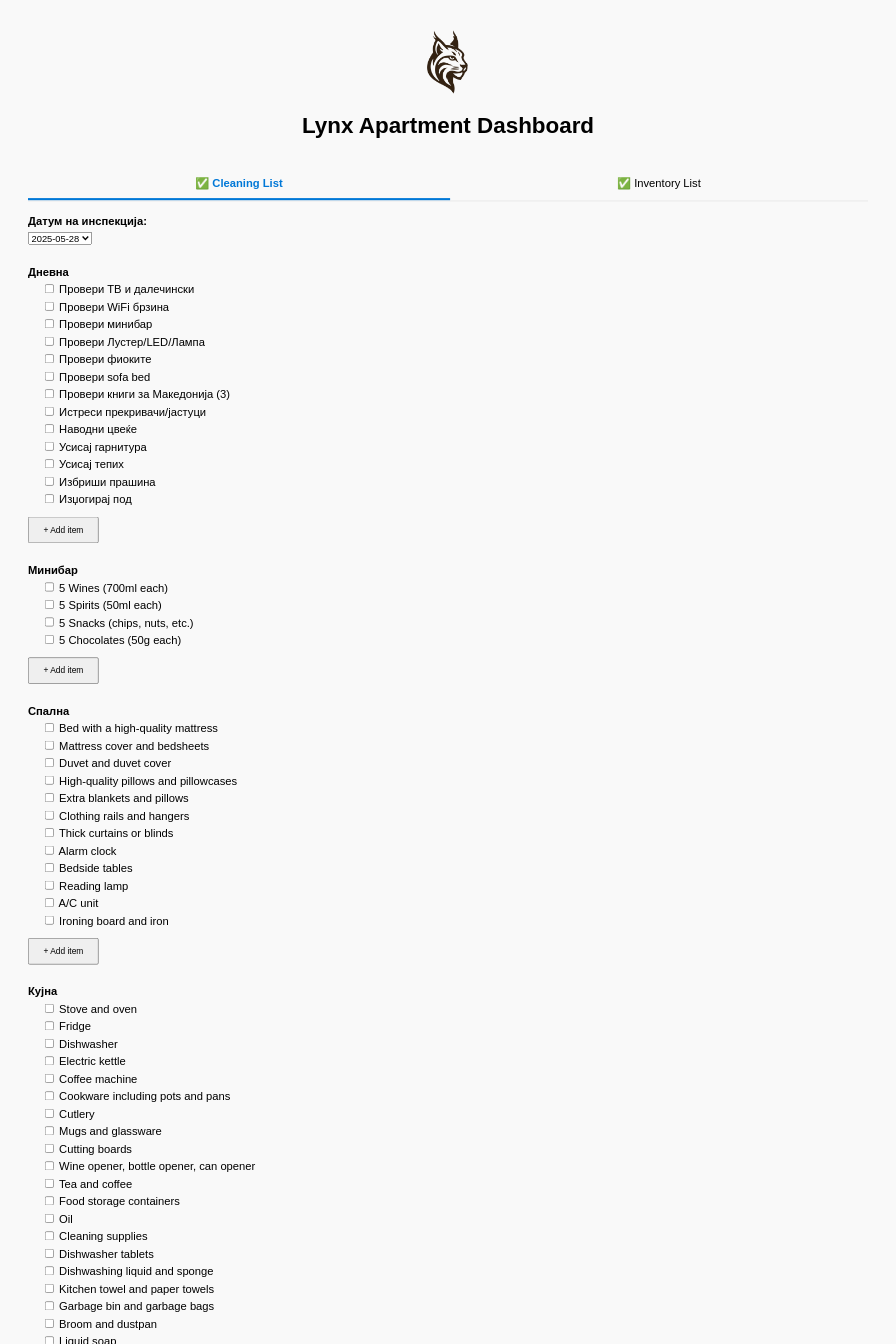
Repository: Z0ck0/Lynx-Apartment-Dashboard
Page: index.html
These files come from the project's save history. The page is drawn as it stood at one moment and after a run of saves; the edit follows.
The browser window is 1280 px wide. The pictures show the part of the page from y = 0 to 1920 px (the page is 3861 px tall before and 4287 px after), at 70% of full size.

Above is the page before, as saved 2025-05-29 10:20:14.

After the next 5 saves:
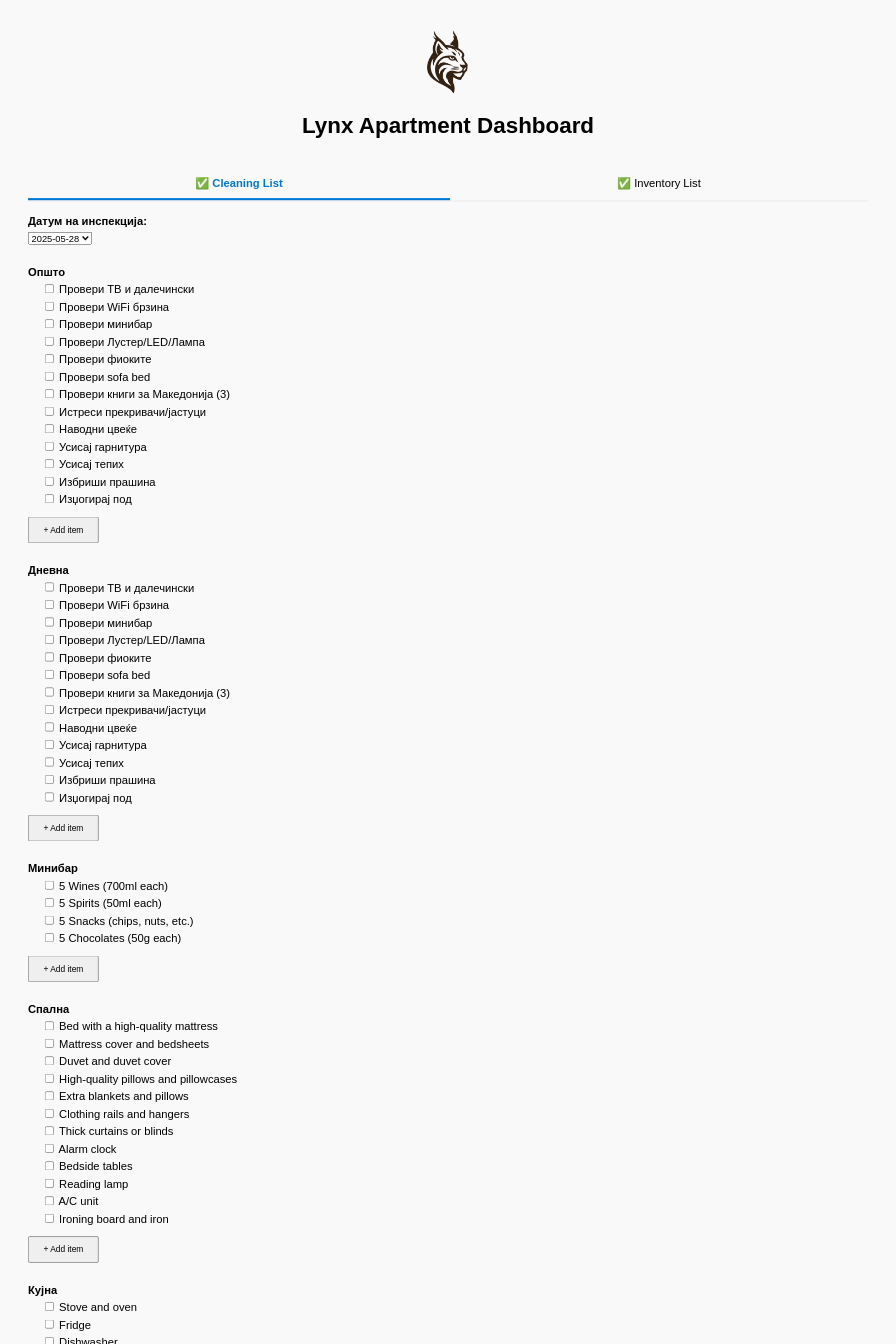
The 5 saves are shown as one change because they came seconds apart.
The last was saved 26 s later.
--- a/index.html
+++ b/index.html
@@ -189,7 +189,7 @@
       });
 
       const sections = {
-        Дневна: [
+        Општо: [
           "Провери ТВ и далечински",
           "Провери WiFi брзина",
           "Провери минибар",
